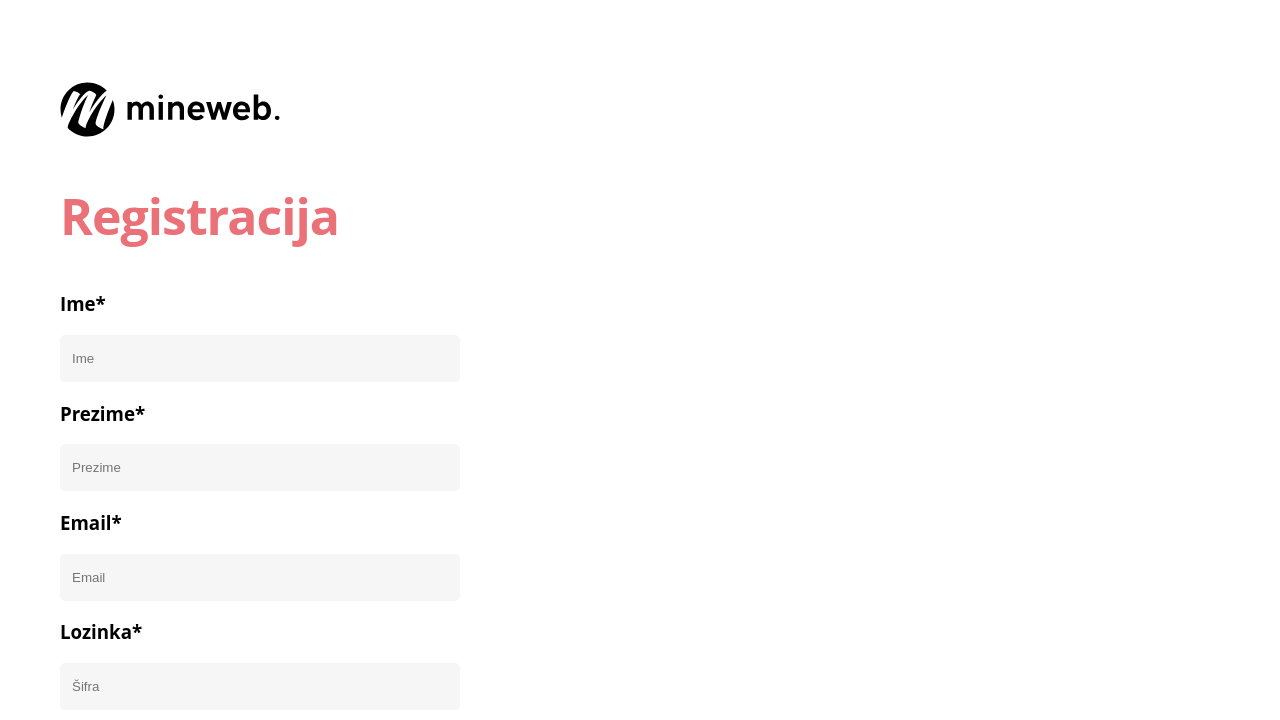
Repository: mihailomitrovic/taskmanager
Page: http://localhost/stranice/registracija.php
These files come from the project's save history. The page is drawn as it stood at one moment and after the next save; the edit follows.
The browser window is 1280 px wide. The pictures show the whole page.
The page is run by PHP 8.4 with error messages shown; the project is at /var/www/html/.

Above is the page before, as saved 2023-04-20 12:51:04.

After the next save:
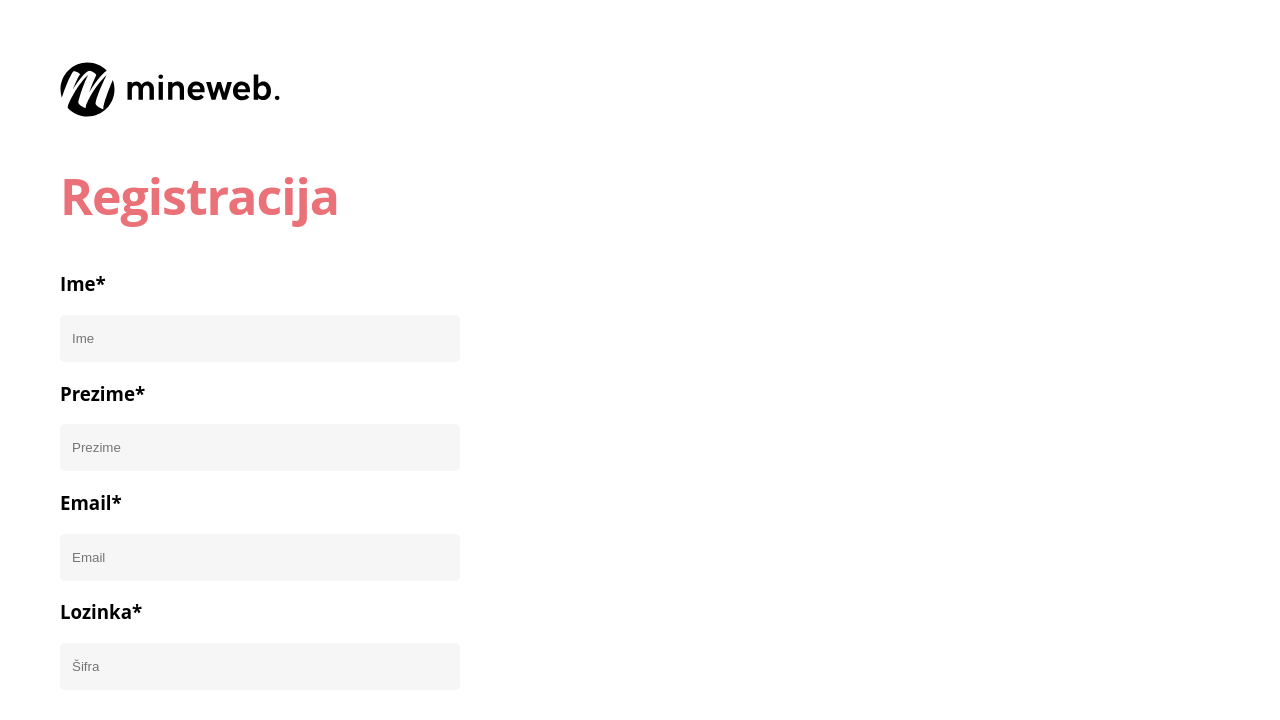
Saved 13 s later.
--- a/style/style.css
+++ b/style/style.css
@@ -232,6 +232,10 @@ h2.title2 {
 
 /* PRIJAVA */
 
+#logolink {
+    margin-top: 0;
+}
+
 #crvena {
     line-height: 1.05;
     letter-spacing: -0.02em;
